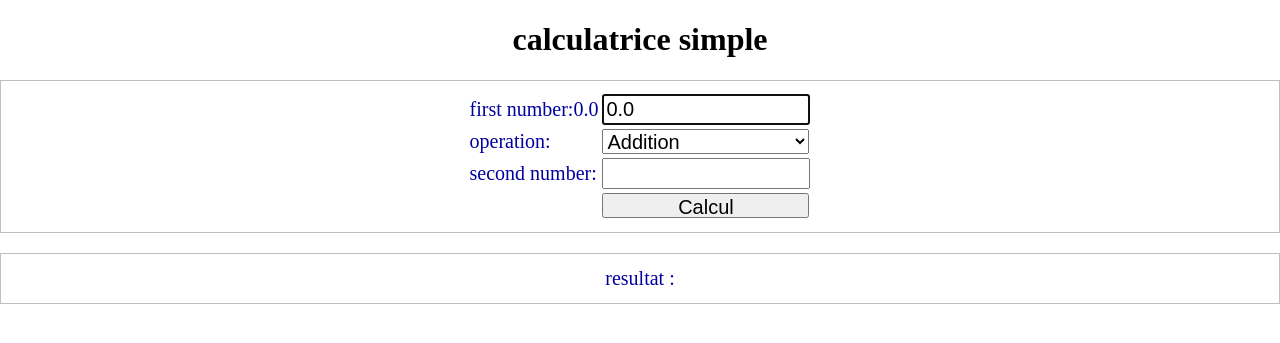
Repository: almahdi76/CalSimple
Page: http://localhost/CalSimple/test.jsp
These files come from the project's save history. The page is drawn as it stood at one moment and after the next save; the edit follows.
The browser window is 1280 px wide. The pictures show the whole page.
The page is served by Tomcat 9.

Above is the page before, as saved 2022-06-13 11:12:44.

After the next save:
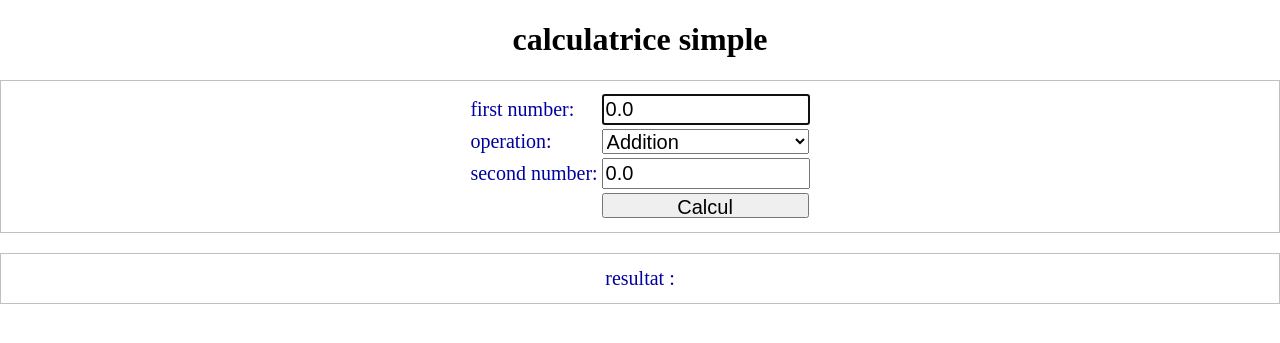
Saved 56 s later.
--- a/jsp/CalSimple/src/main/webapp/test.jsp
+++ b/jsp/CalSimple/src/main/webapp/test.jsp
@@ -20,7 +20,7 @@ Calcul cal=(Calcul)request.getAttribute("resl");
 	<form action="ContServlet" method="post">
 		<table>
 			<tr>
-				<td>first number:<jsp:getProperty property="x" name="resl"/> </td>
+				<td>first number: </td>
 				<td><input class="s" autofocus type="text" name="x" value="<jsp:getProperty property="x" name="resl"/>" ></td>
 			</tr>
 
@@ -39,7 +39,7 @@ Calcul cal=(Calcul)request.getAttribute("resl");
 
 			<tr>
 				<td>second number: </td>
-				<td><input class="s" type="text" name="y" value="<%if(cal!=null) out.println(cal.getY());%>"></td>
+				<td><input class="s" type="text" name="y" value="<jsp:getProperty property="y" name="resl"/>"></td>
 			</tr>
 
 			<tr>
